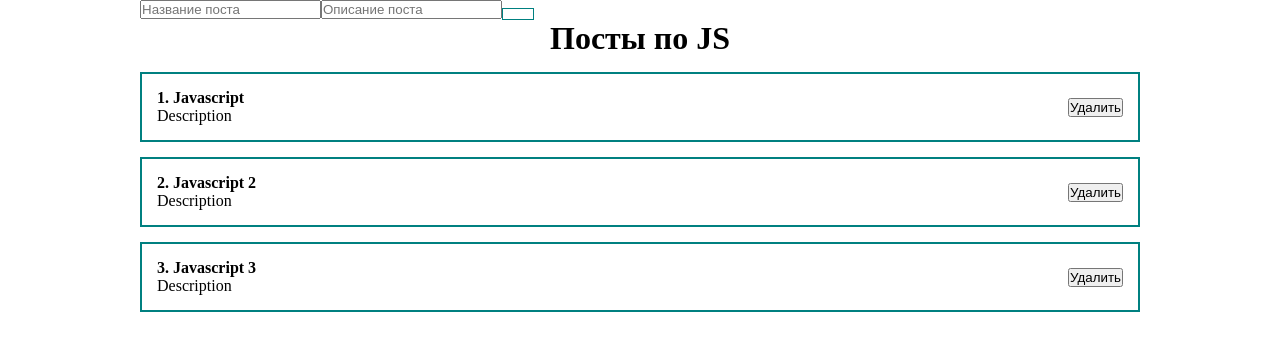
Repository: otvertka/ulb
Page: /
An editor plug-in stored every save of this project. The page is shown before and after the next save, followed by the edit.
The browser window is 1280 px wide. The pictures show the whole page.
The project was rebuilt for these pictures with package versions that can differ from the ones it lists, and the page was loaded fresh each time. Also part of the build but not shown: src/components/Counter.jsx, src/components/ClassCounter.jsx.

Above is the page before, as saved 2023-06-10 15:56:55.

After the next save:
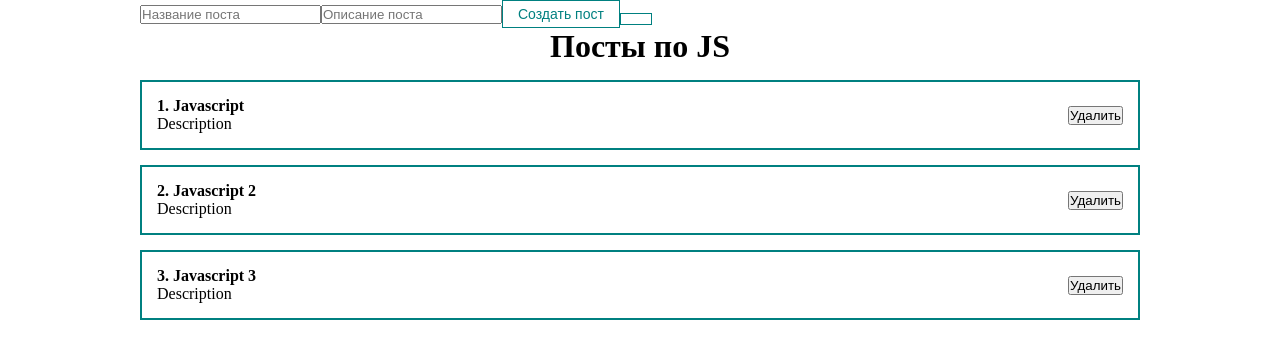
Saved 2 min 5 s later.
--- a/src/App.js
+++ b/src/App.js
@@ -19,6 +19,7 @@ function App() {
       <form>
         <input type="text" placeholder="Название поста"></input>
         <input type="text" placeholder="Описание поста"></input>
+        <MyButton>Создать пост</MyButton>
         <MyButton />
       </form>
       <PostList posts={posts} title="Посты по JS" />
